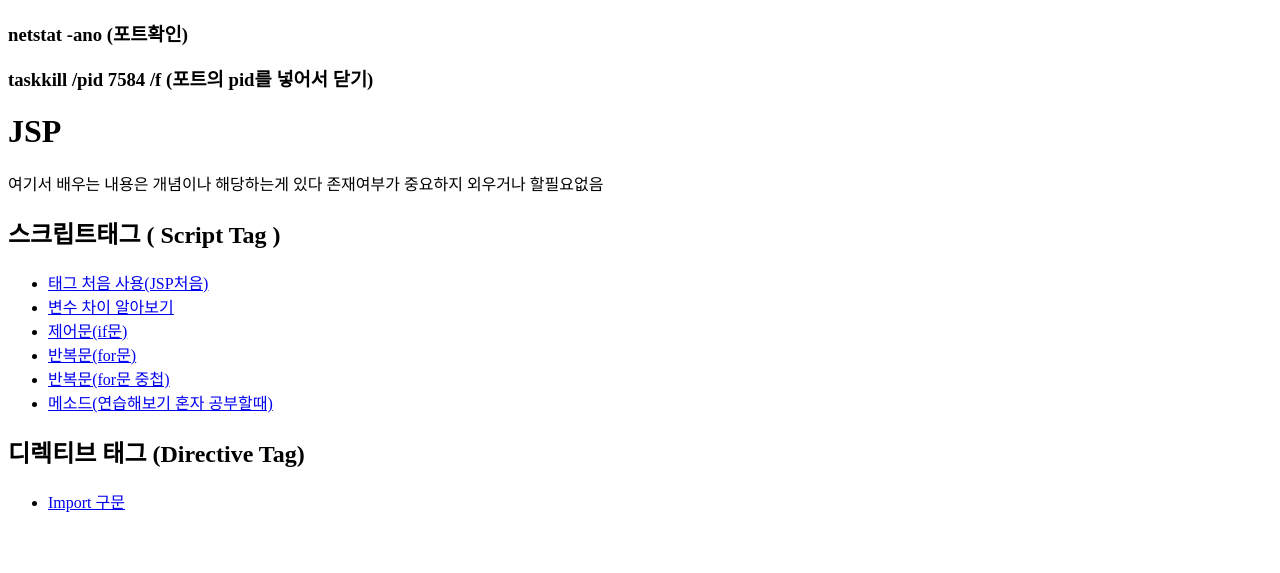
Repository: joeunpyeong/javaA
Page: 03.Tag/src/main/webapp/index.html
The author's editor kept a copy of each file at every save. The page is drawn from the files as they stood at one save, then again after the next save.
The browser window is 1280 px wide. The pictures show the whole page.

Above is the page before, as saved 2023-05-19 02:42:04.

After the next save:
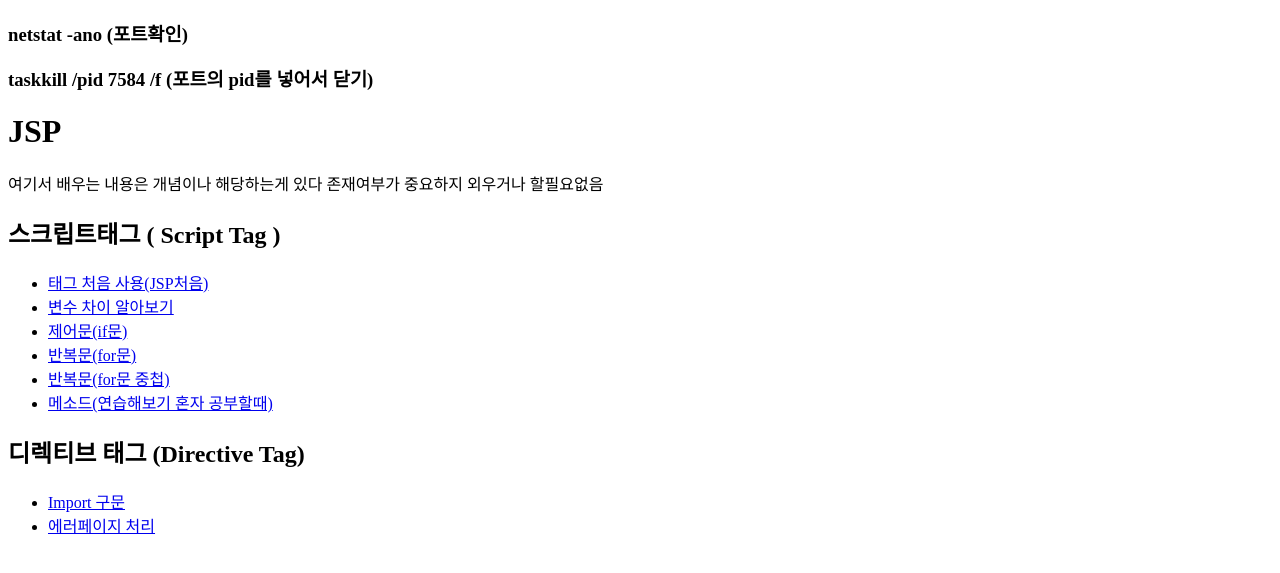
Saved 4 min 13 s later.
--- a/03.Tag/src/main/webapp/index.html
+++ b/03.Tag/src/main/webapp/index.html
@@ -23,7 +23,8 @@
 	</ul>
 	<h2>디렉티브 태그 (Directive Tag)</h2>
 	<ul>
-		<li><a href="02.Directive/Ex01_Directive">Import 구문</a> </li>
+		<li><a href="02.Directive/Ex01_Directive.jsp">Import 구문</a> </li>
+		<li><a href="02.Directive/Ex02_ErrorMain.jsp">에러페이지 처리</a> </li>
 	</ul>
 
 
